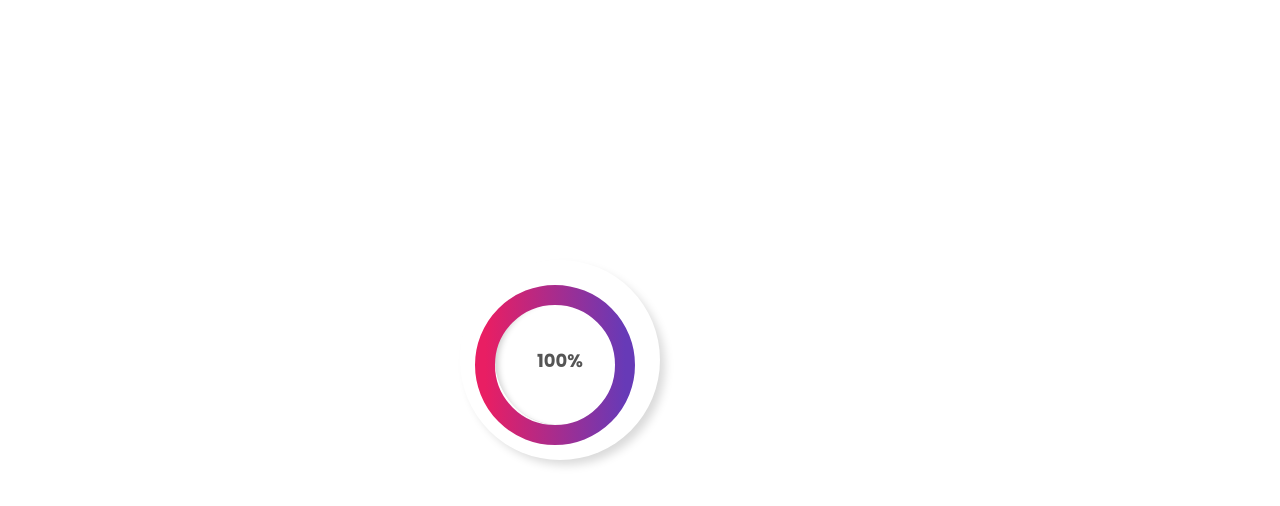
Repository: Ankitkr2021/Loader-Spinner
Page: index.html
An editor plug-in stored every save of this project. The page is shown before and after the next save, followed by the edit.
The browser window is 1280 px wide. The pictures show the whole page.

Above is the page before, as saved 2025-10-21 13:40:58.

### index.html
<!DOCTYPE html>
<html lang="en">
<head>
    <meta charset="UTF-8">
    <meta name="viewport" content="width=device-width, initial-scale=1.0">
    <title>Progress bar</title>
    <link rel="stylesheet" href="./style.css">
</head>
<body>
    <div class="circle">
        <div class="innercircle">
            <div id="number">
            </div>
        </div>
    </div>

    <svg xmlns="http://www.w3.org/2000/svg" version="1.1" width="160px" height="160px">
         <defs>
            <linearGradient id="GradientColor">
               <stop offset="0%" stop-color="#e91e63" />
               <stop offset="100%" stop-color="#673ab7" />
            </linearGradient>
         </defs>
         <circle cx="80" cy="80" r="70" stroke-linecap="round" />
 </svg>

 <script src="./main.js"></script>
</body>
</html>

### style.css
@import url('https://fonts.googleapis.com/css2?family=Poppins:wght@400;700&display=swap');

*{
    margin: 0;
    padding: 0;
    box-sizing: border-box;
    font-family: "Poppins",sans-serif;
}

body {
    display: flex;
    align-items: center;
    justify-content: center;
    height: 100vh;
    width: 100%;
}

.circle{
    width: 200px;
    height: 200px;
    border-radius: 50%;
    padding: 35px;
    box-shadow: 6px 6px 10px -1px rgba(0,0,0,0.15),
                -6px -6px 10px -1px rgba(255,255,255,0.7);

}


.innercircle {
    width: 130px;
    height: 130px;
    border-radius: 50%;
    box-shadow: inset 4px 4px 6px -1px rgba(0,0,0,0.2),
                inset -4px -4px 6px -1px rgba(255,255,255,0.7), -0.5px -0.5px 0px rgba(255,255,255,1),  0.5px 0.5px 0px rgba(0,0,0,0.15), 0px 12px 10px -10px rgba(0,0,0,0.05);
}

#number {
    /* text-align: /center; */
     display: flex;
    align-items: center;
    justify-content: center;
    height: 100%;
    font-size: 18px;
    font-weight: 600;
    color: #555;
}

circle {
    fill: none;
    stroke: url(#GradientColor);
    stroke-width: 20px;
    stroke-dasharray: 472;
    stroke-dashoffset: 472;
    animation: anim 2s linear forwards;
}

@keyframes anim {
    100% {
            stroke-dashoffset: 0;
    }
    75% {

    }

}

svg {
    position: relative;
    top: 5px;
    right: 185px;
}

### main.js
let number = document.getElementById("number");
let counter = 0;

setInterval(() => {
    if (counter == 100) {
        clearInterval();
    } else {
        counter += 1;
        number.innerHTML = counter + "%";
    }
}, 20);

After the next save:
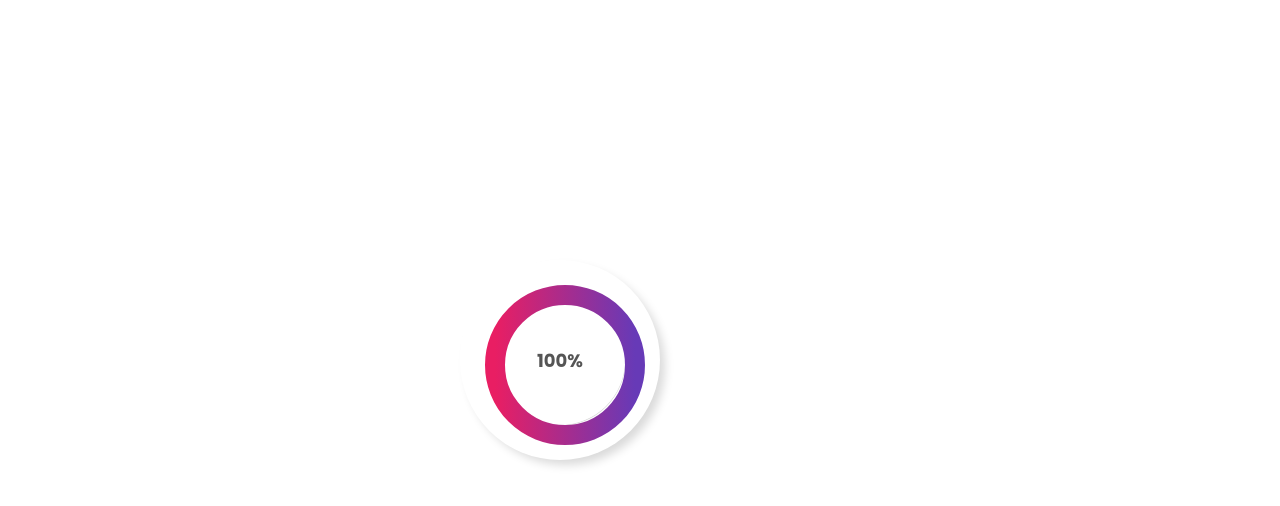
Saved 5 s later.
--- a/style.css
+++ b/style.css
@@ -67,5 +67,5 @@ circle {
 svg {
     position: relative;
     top: 5px;
-    right: 185px;
+    right: 175px;
 }
